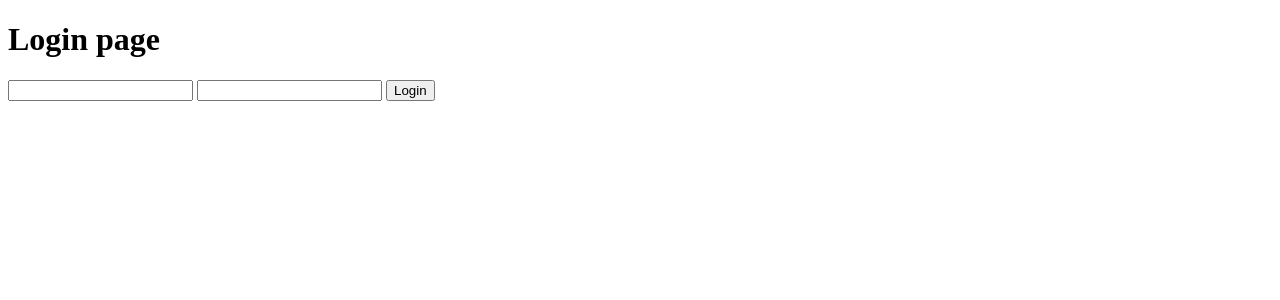
Repository: ScorpionHell7/ServletProjects
Page: Servlet_workspace/HelloWorld1/src/main/webapp/Login.html
These files come from the project's save history. The page is drawn as it stood at one moment and after the next save; the edit follows.
The browser window is 1280 px wide. The pictures show the whole page.

Above is the page before, as saved 2024-05-01 08:51:41.

After the next save:
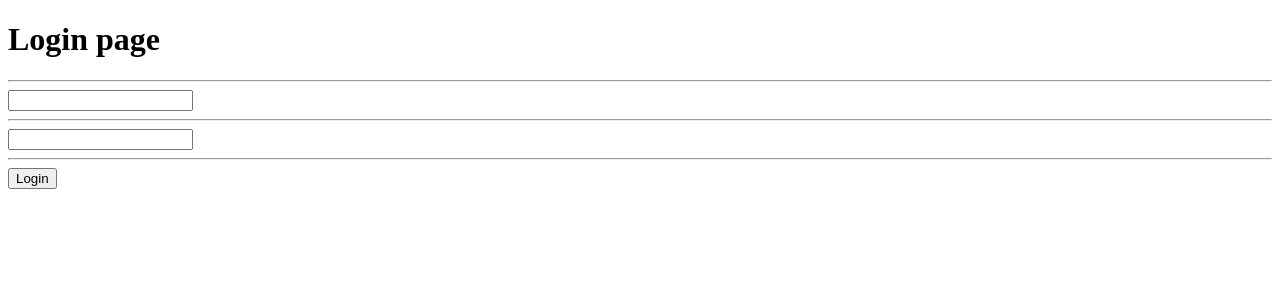
Saved 95 s later.
--- a/Servlet_workspace/HelloWorld1/src/main/webapp/Login.html
+++ b/Servlet_workspace/HelloWorld1/src/main/webapp/Login.html
@@ -7,9 +7,12 @@
 <body>
     <div>
         <h1>Login page</h1>
+        <hr>
         <form action="Login">
             <input type="email" name="email" id="">
+            <hr>
             <input type="password" name="password" id="">
+            <hr>
             <input type="submit" value="Login">
         </form>
     </div>
